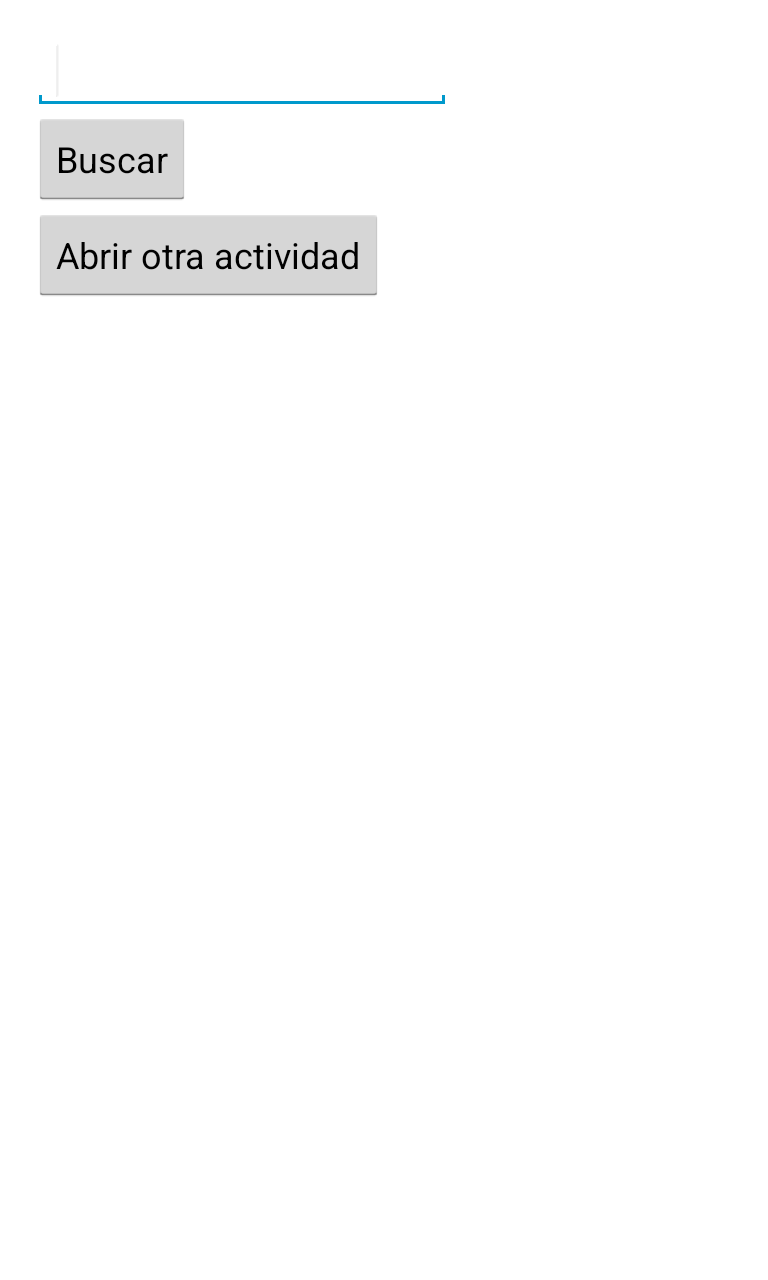
Repository: Kenwal/DemosS1
Layout: Demo3/res/layout/activity_main.xml
An editor plug-in stored every save of this project. The layout is shown before and after a run of saves, followed by the edit.
It is drawn on a 768 x 1280 px phone screen (xhdpi) without system bars, with theme AppTheme; the app's code is not run.

Above is the layout before, as saved 2014-01-23 15:09:14.

### Demo3/res/layout/activity_main.xml
<LinearLayout xmlns:android="http://schemas.android.com/apk/res/android"
    xmlns:tools="http://schemas.android.com/tools"
    android:layout_width="match_parent"
    android:layout_height="match_parent"
    android:paddingBottom="@dimen/activity_vertical_margin"
    android:paddingLeft="@dimen/activity_horizontal_margin"
    android:paddingRight="@dimen/activity_horizontal_margin"
    android:paddingTop="@dimen/activity_vertical_margin"
    android:orientation="vertical"
    tools:context=".MainActivity" >

    <EditText
        android:id="@+id/editTextSearchQuery"
        android:layout_width="wrap_content"
        android:layout_height="wrap_content"
        android:inputType="text"
        android:ems="10" >

        <requestFocus />
    </EditText>

    <Button
        android:id="@+id/btnSearch"
        android:layout_width="wrap_content"
        android:layout_height="wrap_content"
        android:text="@string/btn_search" />

    <Button
        android:id="@+id/btnOpenActivity"
        android:layout_width="wrap_content"
        android:layout_height="wrap_content"
        android:text="@string/btn_open_activity" />

</LinearLayout>

### Demo3/res/values/strings.xml
<?xml version="1.0" encoding="utf-8"?>
<resources>

    <string name="app_name">Demo 3</string>
    <string name="action_settings">Settings</string>
    <string name="hello_world">Hola Android!</string>
    <string name="btn_search">Buscar</string>
    <string name="btn_open_activity">Abrir otra actividad</string>
    <string name="btn_list">Listado</string>
    <string name="title_activity_show_search_query">ShowSearchQueryActivity</string>

</resources>

Loaded but not shown: Demo3/res/values/styles.xml (common file); Demo3/res/values-v11/styles.xml (common file); Demo3/res/values-v14/styles.xml (common file); Demo3/res/values/dimens.xml (common file)

After the next 2 saves:
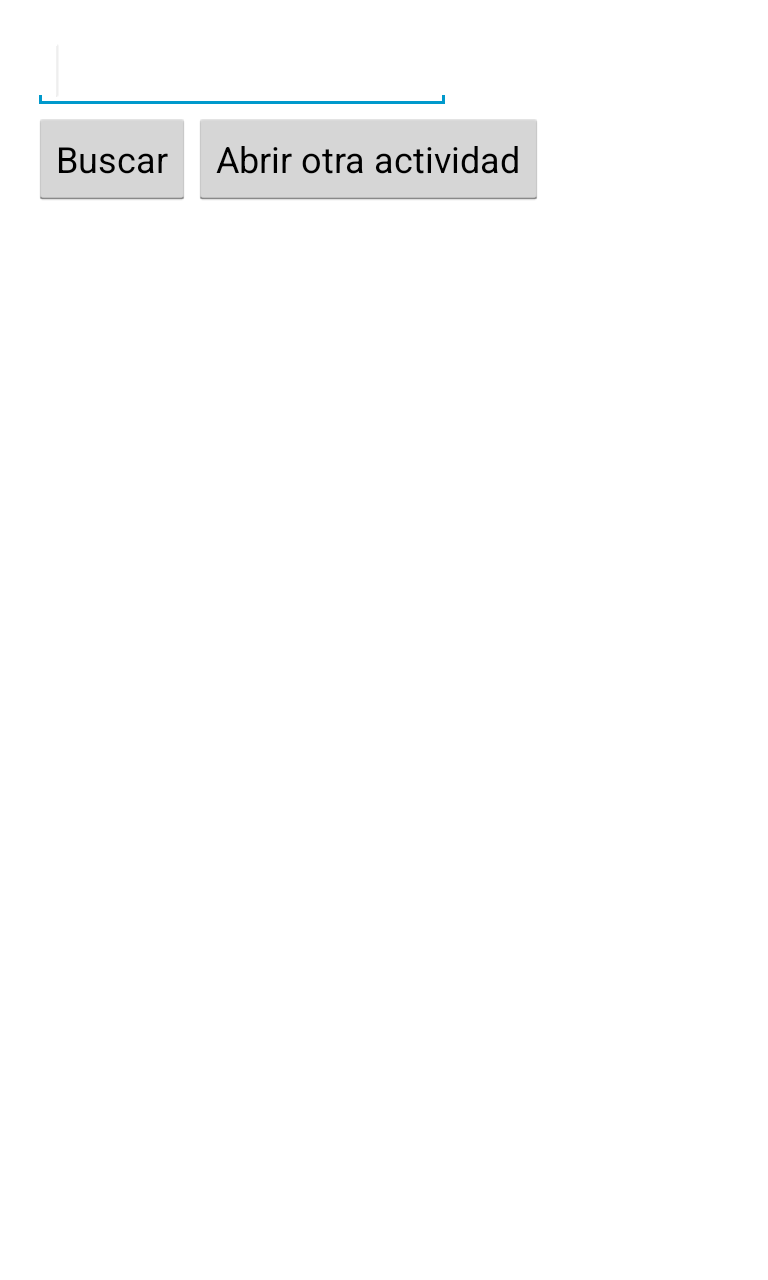
The 2 saves are shown as one change because they came seconds apart.
The last was saved 110 s later.
--- a/Demo3/res/layout/activity_main.xml
+++ b/Demo3/res/layout/activity_main.xml
@@ -19,16 +19,22 @@
         <requestFocus />
     </EditText>
 
-    <Button
-        android:id="@+id/btnSearch"
-        android:layout_width="wrap_content"
-        android:layout_height="wrap_content"
-        android:text="@string/btn_search" />
+    <LinearLayout
+        android:layout_width="match_parent"
+        android:layout_height="wrap_content" >
 
-    <Button
-        android:id="@+id/btnOpenActivity"
-        android:layout_width="wrap_content"
-        android:layout_height="wrap_content"
-        android:text="@string/btn_open_activity" />
+        <Button
+	        android:id="@+id/btnSearch"
+	        android:layout_width="wrap_content"
+	        android:layout_height="wrap_content"
+	        android:text="@string/btn_search" />
+
+	    <Button
+	        android:id="@+id/btnOpenActivity"
+	        android:layout_width="wrap_content"
+	        android:layout_height="wrap_content"
+	        android:text="@string/btn_open_activity" />
+
+    </LinearLayout>
 
 </LinearLayout>
